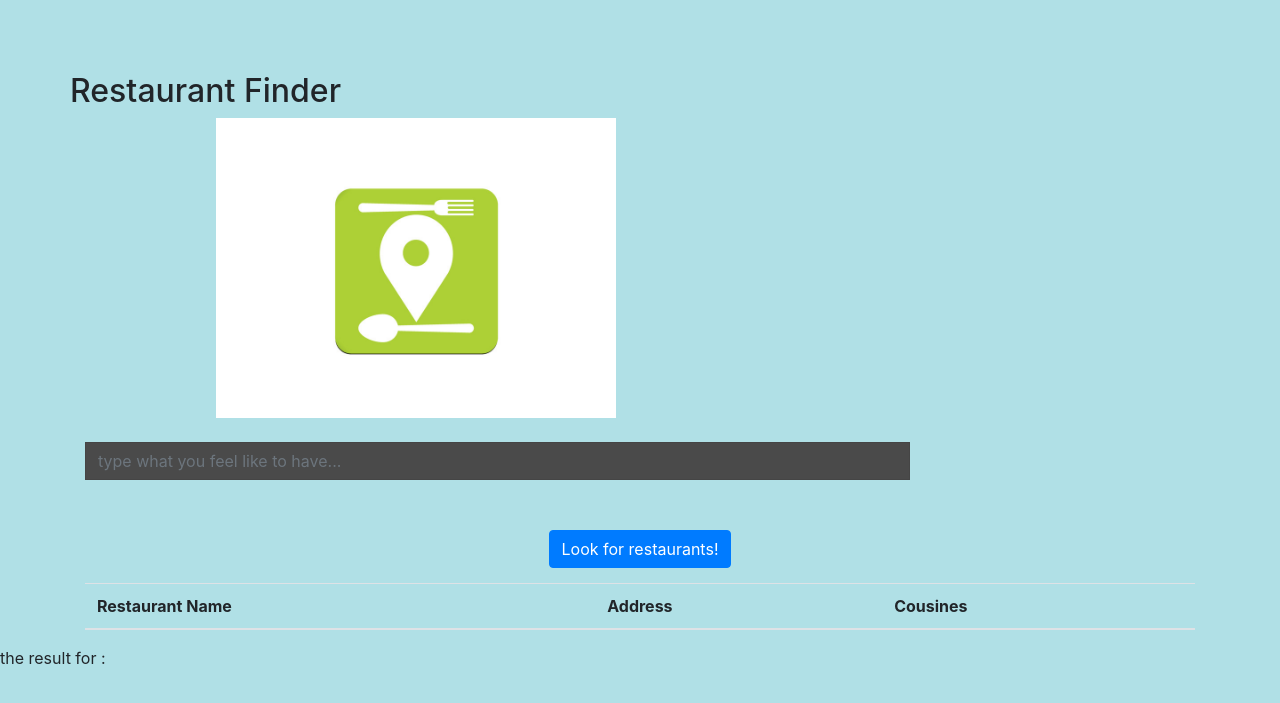
Repository: KobeRox/Loremips
Page: index.html
An editor plug-in stored every save of this project. The page is shown before and after the next save, followed by the edit.
The browser window is 1280 px wide. The pictures show the whole page.
Some web libraries are served in a nearby version.

Above is the page before, as saved 2019-09-08 22:36:32.
Console error: TypeError: Cannot read properties of undefined (reading 'fn')

After the next save:
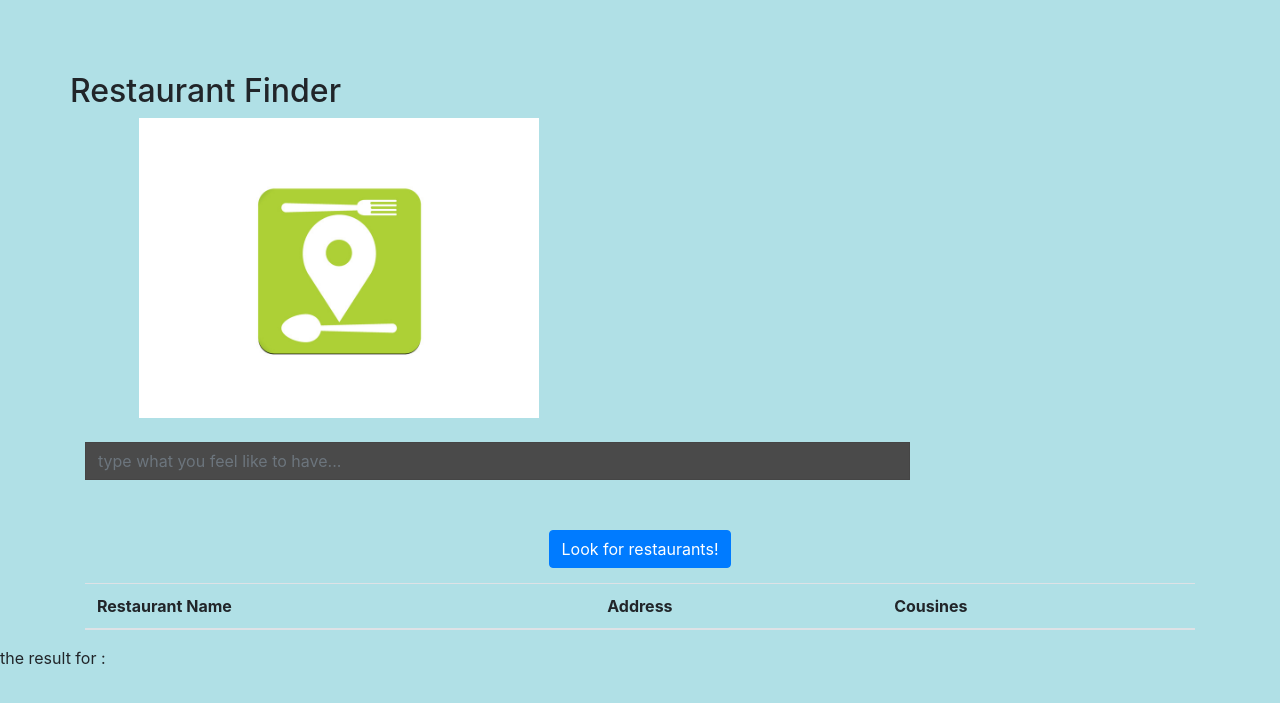
Saved 2 min 36 s later.
--- a/index.html
+++ b/index.html
@@ -55,7 +55,7 @@
                 <h2>Restaurant Finder</h2>
             </div>
            <div>
-           &nbsp&nbsp&nbsp&nbsp&nbsp&nbsp&nbsp&nbsp&nbsp&nbsp&nbsp&nbsp&nbsp&nbsp&nbsp&nbsp&nbsp&nbsp&nbsp&nbsp&nbsp&nbsp&nbsp&nbsp&nbsp&nbsp&nbsp&nbsp
+           &nbsp&nbsp&nbsp&nbsp&nbsp&nbsp&nbsp&nbsp&nbsp&nbsp&nbsp
 
 
            <img src="avator.jpg" width="400" height="300">
